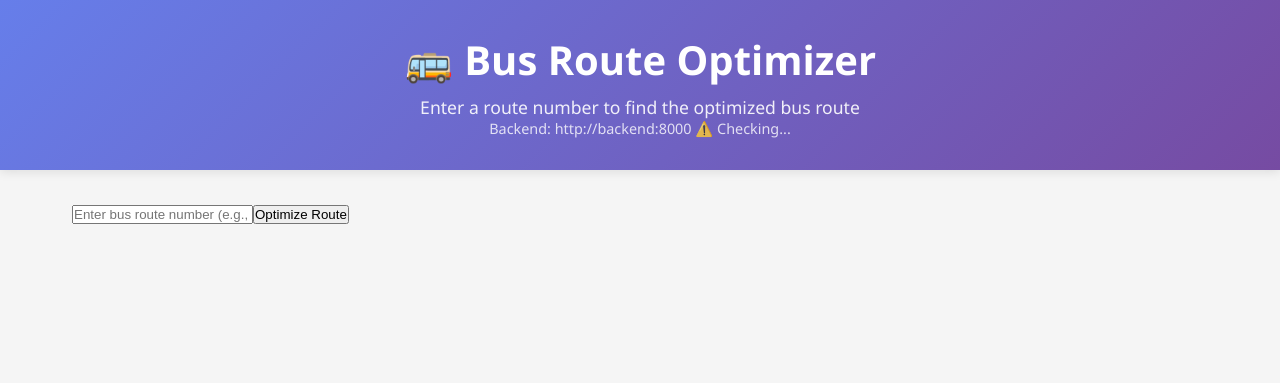
Repository: Stellar61/BRO
Page: / (app in frontend/)
The author's editor kept a copy of each file at every save. The page is drawn from the files as they stood at one save, then again after the next save.
The browser window is 1280 px wide. The pictures show the whole page.
The page's requests for data from a server got no answer. The project was rebuilt for these pictures with package versions that can differ from the ones it lists, and the page was loaded fresh each time. No one was signed in, and anything a server would have sent is missing. Also part of the build but not shown: frontend/src/components/RouteMap.js, frontend/src/components/RouteList.css, frontend/src/components/RouteList.js.

Above is the page before, as saved 2025-10-28 19:36:21.

### frontend/public/index.html
<!DOCTYPE html>
<html lang="en">
  <head>
    <meta charset="utf-8" />
    <link rel="icon" href="%PUBLIC_URL%/favicon.ico" />
    <meta name="viewport" content="width=device-width, initial-scale=1" />
    <meta name="theme-color" content="#000000" />
    <meta name="description" content="Bus Route Optimization System" />
    <link
      rel="stylesheet"
      href="https://unpkg.com/leaflet@1.9.4/dist/leaflet.css"
      integrity="sha256-p4NxAoJBhIIN+hmNHrzRCf9tD/miZyoHS5obTRR9BMY="
      crossorigin=""
    />
    <title>Bus Route Optimizer</title>
  </head>
  <body>
    <noscript>You need to enable JavaScript to run this app.</noscript>
    <div id="root"></div>
  </body>
</html>

### frontend/src/App.js
import React, { useState } from "react";
import RouteInput from "./components/RouteInput";
import RouteMap from "./components/RouteMap";
import RouteList from "./components/RouteList";
import "./App.css";

function App() {
  const [optimizedRoute, setOptimizedRoute] = useState(null);
  const [loading, setLoading] = useState(false);
  const [error, setError] = useState("");

  // Use 127.0.0.1 instead of localhost - more reliable
  // const BACKEND_URL = "http://127.0.0.1:8000";
  const BACKEND_URL =
    process.env.REACT_APP_BACKEND_URL || "http://localhost:8000";

  const handleOptimize = async (routeNo) => {
    setLoading(true);
    setError("");
    setOptimizedRoute(null);

    try {
      console.log(`🔄 Optimizing route ${routeNo}...`);

      const response = await fetch(`${BACKEND_URL}/optimize`, {
        method: "POST",
        headers: {
          "Content-Type": "application/json",
        },
        body: JSON.stringify({ route_no: parseInt(routeNo) }),
      });

      if (!response.ok) {
        const errorData = await response.json();
        throw new Error(
          errorData.error || `HTTP error! status: ${response.status}`
        );
      }

      const data = await response.json();
      console.log("✅ Optimization successful:", data);
      setOptimizedRoute(data);
    } catch (err) {
      console.error("❌ Optimization failed:", err);
      setError(err.message);
    } finally {
      setLoading(false);
    }
  };

  // Test backend connection on component mount
  React.useEffect(() => {
    const testBackend = async () => {
      try {
        const response = await fetch(`${BACKEND_URL}/`);
        if (response.ok) {
          console.log("✅ Backend connection successful");
        }
      } catch (err) {
        console.warn("⚠️ Backend connection test failed:", err.message);
      }
    };
    testBackend();
  }, [BACKEND_URL]);

  return (
    <div className="App">
      <header className="app-header">
        <h1>🚌 Bus Route Optimizer</h1>
        <p>Enter a route number to find the optimized bus route</p>
        <p style={{ fontSize: "0.9rem", opacity: 0.8 }}>
          Backend: {BACKEND_URL}{" "}
          {optimizedRoute ? "✅ Connected" : "⚠️ Checking..."}
        </p>
      </header>

      <main className="app-main">
        <RouteInput onOptimize={handleOptimize} loading={loading} />

        {error && (
          <div className="error-message">
            ❌ {error}
            <br />
            <small>Make sure the backend is running on {BACKEND_URL}</small>
          </div>
        )}

        {optimizedRoute && (
          <div className="results-container">
            <div className="route-summary">
              <h2>Route {optimizedRoute.route_no} - Optimized Path</h2>
              <div className="stats">
                <span className="stat">
                  📏 Total Distance:{" "}
                  <strong>{optimizedRoute.total_distance_km} km</strong>
                </span>
                <span className="stat">
                  ⏱️ Estimated Time:{" "}
                  <strong>{optimizedRoute.estimated_time_min} min</strong>
                </span>
                <span className="stat">
                  🛑 Total Stops:{" "}
                  <strong>{optimizedRoute.optimized_order.length}</strong>
                </span>
              </div>
            </div>

            <div className="results-layout">
              <div className="map-container">
                <RouteMap stops={optimizedRoute.optimized_order} />
              </div>
              <div className="list-container">
                <RouteList stops={optimizedRoute.optimized_order} />
              </div>
            </div>
          </div>
        )}
      </main>
    </div>
  );
}

export default App;

### frontend/src/components/RouteInput.js
// import React, { useState } from "react";
// import "./RouteInput.css";

// const RouteInput = ({ onOptimize, loading }) => {
//   const [routeNo, setRouteNo] = useState("");

//   const handleSubmit = (e) => {
//     e.preventDefault();
//     if (routeNo.trim()) {
//       onOptimize(routeNo.trim());
//     }
//   };

//   return (
//     <div className="route-input-container">
//       <form onSubmit={handleSubmit} className="route-input-form">
//         <div className="input-group">
//           <label htmlFor="routeNo">Enter Route Number:</label>
//           <input
//             type="text"
//             id="routeNo"
//             value={routeNo}
//             onChange={(e) => setRouteNo(e.target.value)}
//             placeholder="e.g., 101, 202, etc."
//             disabled={loading}
//           />
//         </div>
//         <button
//           type="submit"
//           disabled={!routeNo.trim() || loading}
//           className="optimize-btn"
//         >
//           {loading ? "🔄 Optimizing..." : "🚀 Optimize Route"}
//         </button>
//       </form>
//     </div>
//   );
// };

// export default RouteInput;

import React, { useState } from "react";
import "./RouteInput.css";

function RouteInput({ onOptimize }) {
  const [busNumber, setBusNumber] = useState("");

  const handleSubmit = (e) => {
    e.preventDefault();
    if (busNumber.trim()) {
      onOptimize(busNumber.trim());
    }
  };

  return (
    <form onSubmit={handleSubmit} className="route-input">
      <input
        type="text"
        placeholder="Enter bus route number (e.g., 12A)"
        value={busNumber}
        onChange={(e) => setBusNumber(e.target.value)}
      />
      <button type="submit">Optimize Route</button>
    </form>
  );
}

export default RouteInput;

### frontend/src/App.css
* {
  margin: 0;
  padding: 0;
  box-sizing: border-box;
}

body {
  font-family: "Segoe UI", Tahoma, Geneva, Verdana, sans-serif;
  background-color: #f5f5f5;
  color: #333;
}

.App {
  min-height: 100vh;
}

.app-header {
  background: linear-gradient(135deg, #667eea 0%, #764ba2 100%);
  color: white;
  padding: 2rem;
  text-align: center;
  box-shadow: 0 2px 10px rgba(0, 0, 0, 0.1);
}

.app-header h1 {
  font-size: 2.5rem;
  margin-bottom: 0.5rem;
}

.app-header p {
  font-size: 1.1rem;
  opacity: 0.9;
}

.app-main {
  max-width: 1200px;
  margin: 0 auto;
  padding: 2rem;
}

.error-message {
  background-color: #fee;
  border: 1px solid #fcc;
  color: #c33;
  padding: 1rem;
  border-radius: 8px;
  margin: 1rem 0;
  text-align: center;
}

.results-container {
  margin-top: 2rem;
}

.route-summary {
  background: white;
  padding: 1.5rem;
  border-radius: 12px;
  box-shadow: 0 2px 10px rgba(0, 0, 0, 0.1);
  margin-bottom: 2rem;
}

.route-summary h2 {
  color: #333;
  margin-bottom: 1rem;
  font-size: 1.5rem;
}

.stats {
  display: flex;
  gap: 2rem;
  flex-wrap: wrap;
}

.stat {
  font-size: 1rem;
  color: #666;
}

.stat strong {
  color: #333;
}

.results-layout {
  display: grid;
  grid-template-columns: 1fr 1fr;
  gap: 2rem;
  margin-top: 1rem;
}

.map-container {
  background: white;
  border-radius: 12px;
  box-shadow: 0 2px 10px rgba(0, 0, 0, 0.1);
  overflow: hidden;
  height: 500px;
}

.list-container {
  background: white;
  border-radius: 12px;
  box-shadow: 0 2px 10px rgba(0, 0, 0, 0.1);
  overflow: hidden;
}

@media (max-width: 768px) {
  .results-layout {
    grid-template-columns: 1fr;
  }

  .stats {
    flex-direction: column;
    gap: 0.5rem;
  }

  .app-header h1 {
    font-size: 2rem;
  }

  .app-main {
    padding: 1rem;
  }
}

### frontend/src/components/RouteInput.css
.route-input-container {
  background: white;
  padding: 2rem;
  border-radius: 12px;
  box-shadow: 0 2px 10px rgba(0, 0, 0, 0.1);
  margin-bottom: 2rem;
}

.route-input-form {
  display: flex;
  gap: 1rem;
  align-items: flex-end;
  flex-wrap: wrap;
}

.input-group {
  flex: 1;
  min-width: 200px;
}

.input-group label {
  display: block;
  margin-bottom: 0.5rem;
  font-weight: 600;
  color: #333;
}

.input-group input {
  width: 100%;
  padding: 0.75rem;
  border: 2px solid #ddd;
  border-radius: 8px;
  font-size: 1rem;
  transition: border-color 0.3s;
}

.input-group input:focus {
  outline: none;
  border-color: #667eea;
}

.optimize-btn {
  background: linear-gradient(135deg, #667eea 0%, #764ba2 100%);
  color: white;
  border: none;
  padding: 0.75rem 2rem;
  border-radius: 8px;
  font-size: 1rem;
  font-weight: 600;
  cursor: pointer;
  transition: transform 0.2s, box-shadow 0.2s;
  min-height: 50px;
}

.optimize-btn:hover:not(:disabled) {
  transform: translateY(-2px);
  box-shadow: 0 4px 15px rgba(102, 126, 234, 0.4);
}

.optimize-btn:disabled {
  background: #ccc;
  cursor: not-allowed;
  transform: none;
  box-shadow: none;
}

@media (max-width: 768px) {
  .route-input-form {
    flex-direction: column;
    align-items: stretch;
  }

  .optimize-btn {
    width: 100%;
  }
}

Loaded but not shown: frontend/src/index.js (common file)

After the next save:
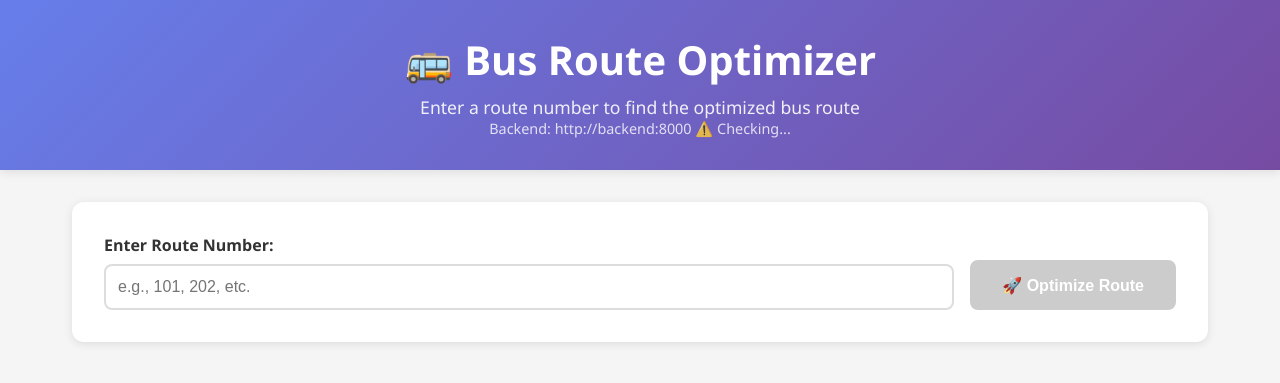
Saved 10 s later.
--- a/frontend/src/components/RouteInput.js
+++ b/frontend/src/components/RouteInput.js
@@ -1,68 +1,40 @@
-// import React, { useState } from "react";
-// import "./RouteInput.css";
-
-// const RouteInput = ({ onOptimize, loading }) => {
-//   const [routeNo, setRouteNo] = useState("");
-
-//   const handleSubmit = (e) => {
-//     e.preventDefault();
-//     if (routeNo.trim()) {
-//       onOptimize(routeNo.trim());
-//     }
-//   };
-
-//   return (
-//     <div className="route-input-container">
-//       <form onSubmit={handleSubmit} className="route-input-form">
-//         <div className="input-group">
-//           <label htmlFor="routeNo">Enter Route Number:</label>
-//           <input
-//             type="text"
-//             id="routeNo"
-//             value={routeNo}
-//             onChange={(e) => setRouteNo(e.target.value)}
-//             placeholder="e.g., 101, 202, etc."
-//             disabled={loading}
-//           />
-//         </div>
-//         <button
-//           type="submit"
-//           disabled={!routeNo.trim() || loading}
-//           className="optimize-btn"
-//         >
-//           {loading ? "🔄 Optimizing..." : "🚀 Optimize Route"}
-//         </button>
-//       </form>
-//     </div>
-//   );
-// };
-
-// export default RouteInput;
-
 import React, { useState } from "react";
 import "./RouteInput.css";
 
-function RouteInput({ onOptimize }) {
-  const [busNumber, setBusNumber] = useState("");
+const RouteInput = ({ onOptimize, loading }) => {
+  const [routeNo, setRouteNo] = useState("");
 
   const handleSubmit = (e) => {
     e.preventDefault();
-    if (busNumber.trim()) {
-      onOptimize(busNumber.trim());
+    if (routeNo.trim()) {
+      onOptimize(routeNo.trim());
     }
   };
 
   return (
-    <form onSubmit={handleSubmit} className="route-input">
-      <input
-        type="text"
-        placeholder="Enter bus route number (e.g., 12A)"
-        value={busNumber}
-        onChange={(e) => setBusNumber(e.target.value)}
-      />
-      <button type="submit">Optimize Route</button>
-    </form>
+    <div className="route-input-container">
+      <form onSubmit={handleSubmit} className="route-input-form">
+        <div className="input-group">
+          <label htmlFor="routeNo">Enter Route Number:</label>
+          <input
+            type="text"
+            id="routeNo"
+            value={routeNo}
+            onChange={(e) => setRouteNo(e.target.value)}
+            placeholder="e.g., 101, 202, etc."
+            disabled={loading}
+          />
+        </div>
+        <button
+          type="submit"
+          disabled={!routeNo.trim() || loading}
+          className="optimize-btn"
+        >
+          {loading ? "🔄 Optimizing..." : "🚀 Optimize Route"}
+        </button>
+      </form>
+    </div>
   );
-}
+};
 
 export default RouteInput;
